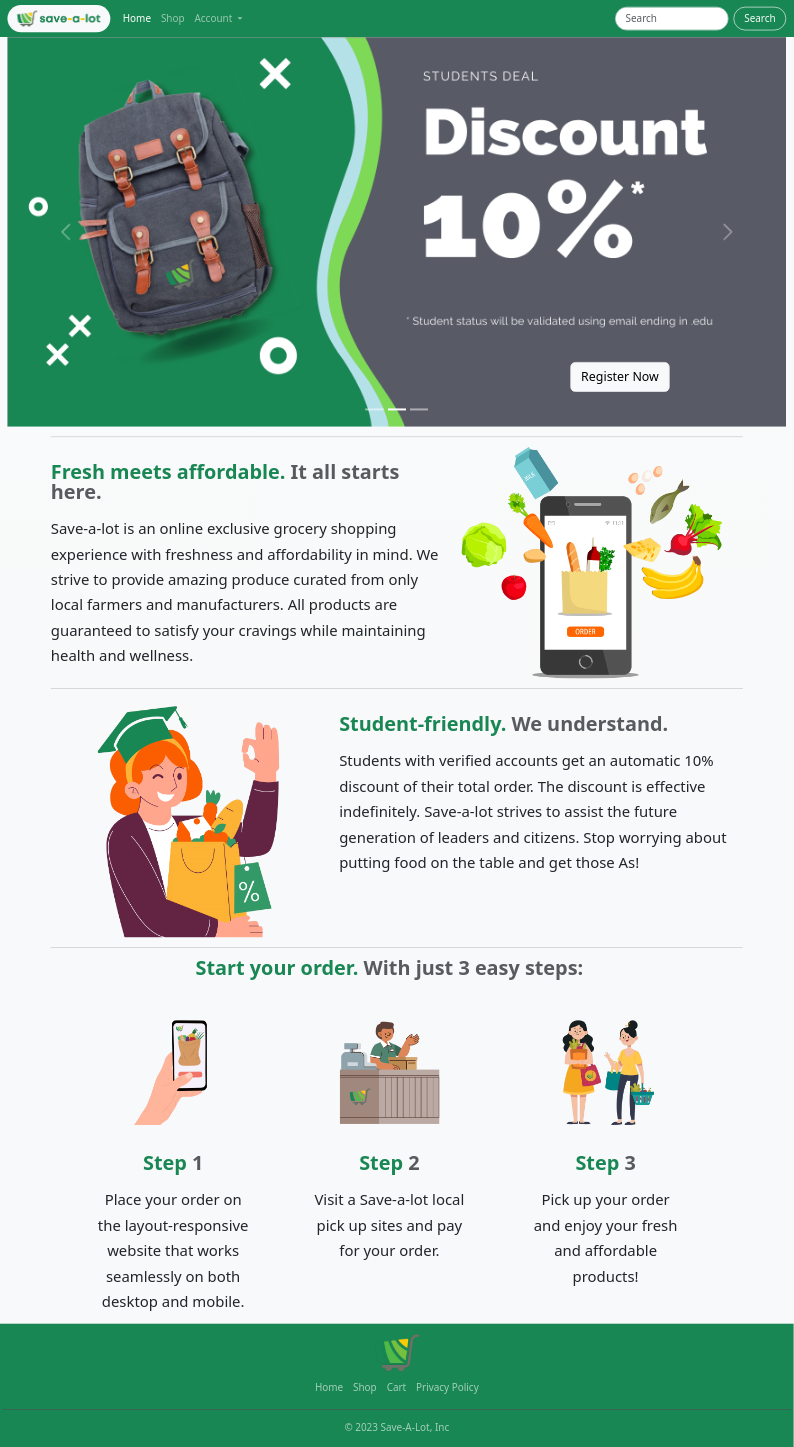
Repository: bill071194/savealot
Page: http://localhost/index
The author's editor kept a record of every edit. The page is drawn from the files as they stood at one moment, then again after the next edit.
The browser window is 1280 px wide. The pictures show the whole page, at 62% of full size.
The page is served by the project's Laravel application, run on PHP 8.4 with Laravel 10. Other server files are loaded and not shown. The database holds what the project's SQL file puts in it.

Above is the page before.

### savealot/routes/web.php
<?php

use Illuminate\Support\Facades\Route;
use App\Http\Controllers\Auth\LoginController;
use App\Http\Controllers\Auth\RegisterController;
use App\Http\Controllers\InventoryController;
use App\Http\Controllers\OrderController;
use App\Http\Controllers\AdminController;
use App\Http\Controllers\UserController;

/*
|--------------------------------------------------------------------------
| Web Routes
|--------------------------------------------------------------------------
|
| Here is where you can register web routes for your application. These
| routes are loaded by the RouteServiceProvider and all of them will
| be assigned to the "web" middleware group. Make something great!
|
*/

// Adding more default view in //
Route::view('/login', 'login');
Route::view('/register', 'register');
Route::view('/privacy', 'privacy');

Auth::routes();

Route::get('/home', [App\Http\Controllers\HomeController::class, 'index'])->name('home');

Route::controller(InventoryController::class)->group(function () {
    Route::get('/', 'homepage');
    Route::get('/index', 'homepage');
    Route::get('/inventory-create', 'create');
    Route::post('/inventory-create', 'store');
    Route::get('/inventory-{id}', 'edit');
    Route::post('/inventory-{id}', 'update');
    Route::post('/inventory/{id}/destroy', 'destroy');
    Route::post('/inventory/{id}/updateQty', 'updateQuantity');
    Route::get('/shop', 'shop');
    Route::get('/shop/{id}', 'show');
    Route::post('/shop/{id}/addToCart', 'addToCart');
    Route::post('/shop/{id}/removeFromCart', 'removeFromCart');
    Route::get('/search', 'search');
    Route::get('/cart', 'cart');
    Route::post('/emptyCart', 'emptyCart');
    Route::get('/uploadfile', 'uploadCSV');
    Route::post('/uploadfile', 'importCSV');
    Route::get('/uploadpicture', 'uploadPicture');
    Route::post('/uploadpicture', 'movePicture');
});

Route::controller(OrderController::class)->group(function () {
    Route::post('/cart/checkout', 'checkOut');
    Route::get('/orderhistory', 'orderHistory');
    Route::put('/order/{id}', 'update');
    Route::delete('/order/{id}', 'destroy');
});

Route::controller(AdminController::class)->group(function () {
    Route::get('/inventory', 'inventoriesDashboard');
    Route::get('/admin', 'adminRedirect');
    Route::get('/adminDashboard', 'adminDashboard');
    Route::get('/orders', 'ordersDashboard');
    Route::get('/ordersList', 'allOrders');
    Route::get('/users', 'usersDashboard');
    Route::get('/usersList', 'allUsers');
    Route::get('/transactions', 'transactionsDashboard');
});

Route::controller(UserController::class)->group(function () {
    Route::put('/user/{id}', 'update');
    Route::delete('/user/{id}', 'destroy');
});

### savealot/app/Http/Controllers/InventoryController.php
<?php

namespace App\Http\Controllers;

use App\Models\Inventory;
use Illuminate\Http\Request;

class InventoryController extends Controller
{
    public function shop()
    {
        $inventories = Inventory::all();
        foreach ($inventories as $item) {
            if (session("cart-$item->id") > 0) {
            } else {
                session(["cart-$item->id" => 0]);
            }
        }
        $inventory = inventory::where('prod_quantity', '>', 0)->where('prod_selling_price', '>', 0)->orderByDesc('prod_revenue', 'prod_sold')->paginate(12);
        return view('shop',['inventory' => $inventory]);
    }

    public function search(Request $request)
    {
        $inventories = Inventory::all();
        foreach ($inventories as $item) {
            if (session("cart-$item->id") > 0) {
            } else {
                session(["cart-$item->id" => 0]);
            }
        }
        $inventory = Inventory::where('prod_name', 'LIKE', '%' . request('search') . '%')->orWhere('prod_description', 'LIKE', '%' . request('search') . '%')->orderByDesc('prod_revenue', 'prod_sold')->paginate(12);
        return view('/shop')->with('inventory', $inventory);
    }

    public function addToCart(string $id, Request $request)
    {
        session()->increment("cart-$id");
        if ($request->redirect == "redirectToCart") {
            return redirect()->action([InventoryController::class, 'cart']);
        } else {
            return redirect(url()->previous()."#id-$id");
        }
    }

    public function removeFromCart(string $id, Request $request)
    {
        session()->decrement("cart-$id");
        if ($request->redirect == "redirectToCart") {
            return redirect()->action([InventoryController::class, 'cart']);
        } else {
            return redirect(url()->previous()."#id-$id");
        }
    }

    public function emptyCart()
    {
        $inventories = Inventory::all();
        foreach ($inventories as $item) {
            session(["cart-$item->id" => 0]);
        }
        return redirect()->action([InventoryController::class, 'shop']);
    }

    public function cart()
    {
        //
        $inventory = inventory::orderByDesc('prod_revenue', 'prod_sold')->get();
        foreach ($inventory as $item) {
            if (session("cart-$item->id") > $item->prod_quantity) {
                $difference = session("cart-$item->id") - $item->prod_quantity;
                session(["cart-$item->id" => $item->prod_quantity]);
                session()->flash('cart-update', 'true');
                session()->flash("cart-update-$item->id", 'true');
                session()->flash("cart-update-$item->id-message", "Sorry, our stock of $item->prod_name has reduced and we have removed $difference of them from your cart.");
            }
        }
        return view('cart',['inventory' => $inventory]);
    }

    public function homepage()
    {
        $inventories = Inventory::all();
        foreach ($inventories as $item) {
            if (session("cart-$item->id") > 0) {
            } else {
                session(["cart-$item->id" => 0]);
            }
        }
        $inventory = $inventories;
        return view('index',['inventory' => $inventory]);
    }

    /**
     * Show the form for creating a new resource.
     */
    public function create()
    {
        //
        return view('/inventory/create');
    }

    /**
     * Store a newly created resource in storage.
     */
    public function store(Request $request)
    {
        // validate the form data
        $this->validate($request, [
            'picture_upload' => 'required|image',
            'prod_name' => 'unique:inventories|required|max:255',
            'prod_quantity' => 'required',
        ]);

        if (!file_exists($filename) || !is_readable($filename))
        return false;

        $file = $request->file('picture_upload');

        // process the data and submit it
        $inventory = new Inventory(); // this is the model Inventory
        $inventory->id = $request->id;
        $inventory->prod_name = $request->prod_name;
        $inventory->prod_description = $request->prod_description;
        $inventory->prod_purchase_price = $request->prod_purchase_price;
        $inventory->prod_selling_price = $request->prod_selling_price;
        $inventory->prod_units = $request->prod_units;
        $inventory->prod_size = $request->prod_size;
        $inventory->prod_quantity = $request->prod_quantity;
        $inventory->prod_picture = "storage/pics/".$file->getClientOriginalName();
        $inventory->prod_color = $request->prod_color;
        $inventory->competitor_saveonfoods = $request->competitor_saveonfoods;
        $inventory->competitor_tnt = $request->competitor_tnt;
        $inventory->competitor_walmart = $request->competitor_walmart;

        $file->storeAs('public', 'pics/'.$file->getClientOriginalName());


        // if successful we want to redirect
        if ($inventory->save()) {
            return redirect('/inventory');
        } else {
            return back()->withInput();
        }
    }

    /**
     * Display the specified resource.
     */

    public function show(string $id)
    {
        // find the record
        $inventory = Inventory::findOrFail($id);
        // return this view
        return view('inventory.show')->with('item', $inventory);
    }

    /**
     * Show the form for editing the specified resource.
     */
    public function edit(string $id)
    {
        // find the record
        $inventory = Inventory::findOrFail($id);
        // return this view
        return view('inventory.edit')->with('item', $inventory);
    }

    /**
     * Update the specified resource in storage.
     */
    public function update(Request $request)
    {
        // validate the form data
        $this->validate($request, [
            'prod_name' => 'required|max:255',
            'prod_quantity' => 'required',
        ]);

        $id = $request->id;
        $inventory = Inventory::whereId($id);

        if ($inventory->update($request->except(['_token']))) {
            return redirect("inventory#items");
        } else {
            return back()->withInput();
        }
    }

    /*
    * Update the quantity only
    */
    public function updateQuantity(Request $request, String $id)
    {
        $updateQty = $request->updateQty;
        $inventory = Inventory::findOrFail($id);
        $inventory->prod_quantity += $updateQty;

        if ($inventory->update()) {
            return redirect(url()->previous()."#id-$id");
        } else {
            return back();
        }
    }

    /**
     * Remove the specified resource from storage.
     */
    public function destroy(Request $request)
    {
        $id = $request->id;
        $inventory = Inventory::whereId($id);
        if ($inventory->delete()) {
            return redirect(url()->previous()."#items");
        } else {
            return back();
        }
    }

    public function uploadPicture() {
        return view('inventory.uploadpicture');
    } // inventory.uploadpicture

    public function movePicture(Request $request) {
        $file = $request->file('image');
        $file->storeAs('public', 'pics/'.$file->getClientOriginalName());

        return redirect('/inventory');
    } // submit image file uploaded

    public function uploadCSV() {
        return view('inventory.uploadfile');
    } // inventory.uploadfile

    function csvToArray($filename = '', $delimiter = ',')
    {
        if (!file_exists($filename) || !is_readable($filename))
            return false;

        $header = null;
        $data = array();
        if (($handle = fopen($filename, 'r')) !== false)
        {
            while (($row = fgetcsv($handle, 1000, $delimiter)) !== false)
            {
                if (!$header)
                    $header = $row;
                else
                    $data[] = array_combine($header, $row);
            }
            fclose($handle);
        }

        return $data;
    }

    public function importCSV(Request $request) {
        $file = $request->file('inventory_csv');

        $inventoryArr = $this->csvToArray($file);

        for ($i = 0; $i < count($inventoryArr); $i ++)
        {
            Inventory::firstOrCreate($inventoryArr[$i]);
        }

        return redirect('/inventory');
    }
}

### savealot/app/Models/Inventory.php
<?php

namespace App\Models;

use Illuminate\Database\Eloquent\Factories\HasFactory;
use Illuminate\Database\Eloquent\Model;

class inventory extends Model
{
    use HasFactory;

    protected $fillable = [
        'prod_name',
        'prod_description',
        'prod_purchase_price',
        'prod_selling_price',
        'prod_units',
        'prod_size',
        'prod_quantity',
        'prod_picture',
        'prod_color',
        'competitor_saveonfoods',
        'competitor_tnt',
        'competitor_walmart',
    ];
}

### savealot/resources/views/index.blade.php
@extends('layouts.base1b')

@section('title', 'Save-a-lot Home')
@section('activeHome', 'active')

@section('main')
<div id="myCarousel" class="carousel slide" data-bs-ride="carousel">
    <div class="carousel-indicators">
      <button type="button" data-bs-target="#myCarousel" data-bs-slide-to="0" class="active" aria-label="Slide 1" aria-current="true"></button>
      <button type="button" data-bs-target="#myCarousel" data-bs-slide-to="1" aria-label="Slide 2" class=""></button>
      <button type="button" data-bs-target="#myCarousel" data-bs-slide-to="2" aria-label="Slide 3" class=""></button>
    </div>
    <div class="carousel-inner">
      <div class="carousel-item active">
        <img src="pics/carousel1.png" alt="carousel1" class="center">
        <div class="container">
          <div class="carousel-caption">
            <p><a class="btn btn-lg btn-success" href="/shop">Shop Now</a></p>
          </div>
        </div>
      </div>
      <div class="carousel-item">
        <img src="pics/carousel2.png" alt="carousel2" class="center">
        <div class="container">
          <div class="carousel-caption text-end">
            <p><a class="btn btn-lg btn-light" href="/register">Register Now</a></p>
          </div>
        </div>
      </div>
      <div class="carousel-item">
        <img src="pics/carousel3.png" alt="carousel3" class="center">
        <div class="container">
        </div>
      </div>
    </div>
    <button class="carousel-control-prev" type="button" data-bs-target="#myCarousel" data-bs-slide="prev">
      <span class="carousel-control-prev-icon" aria-hidden="true"></span>
      <span class="visually-hidden">Previous</span>
    </button>
    <button class="carousel-control-next" type="button" data-bs-target="#myCarousel" data-bs-slide="next">
      <span class="carousel-control-next-icon" aria-hidden="true"></span>
      <span class="visually-hidden">Next</span>
    </button>
</div>

<div class="container marketing">

    <!-- START THE FEATURETTES -->

    <hr class="featurette-divider">

    <div class="row featurette">
      <div class="col-md-7">
        <br>
        <h2 class="featurette-heading fw-bold lh-1 text-success">Fresh meets affordable. <span class="text-body-secondary">It all starts here.</span></h2>
        <p class="lead">Save-a-lot is an online exclusive grocery shopping experience with freshness and affordability in mind. We strive to
        provide amazing produce curated from only local farmers and manufacturers. All products are guaranteed to satisfy your cravings while maintaining
        health and wellness.</p>
      </div>
      <div class="col-md-5">
        <img class="featurette" src="pics/featurette1.png">
      </div>
    </div>

    <hr class="featurette-divider">

    <div class="row featurette">
      <div class="col-md-7 order-md-2">
        <br>
        <h2 class="featurette-heading fw-bold lh-1 text-success">Student-friendly. <span class="text-body-secondary">We understand.</span></h2>
        <p class="lead">Students with verified accounts get an automatic <strong>10% discount</strong> of their total order. The discount is effective indefinitely.
        Save-a-lot strives to assist the future generation of leaders and citizens. Stop worrying about putting food on the table and get those As!</p>
      </div>
      <div class="col-md-5 order-md-1">
        <img class="featurette" src="pics/featurette2.png">
      </div>
    </div>

    <hr class="featurette-divider">

    <!-- /END THE FEATURETTES -->

    <!-- START 3 COLUMNS OF STEPS -->
    <div class="row featurette justify-content-evenly">
      <h2 class="featurette-heading fw-bold lh-1 text-success text-center">Start your order. <span class="text-body-secondary">With just 3 easy steps:</span></h2>
      <div class="col-lg-3 text-center">
        <img class="steps" src="pics/step1.png" alt="step1">
        <h2 class="featurette-heading fw-bold lh-1 text-success text-center">Step <span class="text-body-secondary">1</span></h2>
        <p class="lead">Place your order on the layout-responsive website that works seamlessly on both desktop and mobile.</p>
      </div><!-- /.col-lg-4 -->
      <div class="col-lg-3 text-center">
        <img class="steps" src="pics/step2.png" alt="step1">
        <h2 class="featurette-heading fw-bold lh-1 text-success text-center">Step <span class="text-body-secondary">2</span></h2>
        <p class="lead">Visit a Save-a-lot local pick up sites and pay for your order.</p>
      </div><!-- /.col-lg-4 -->
      <div class="col-lg-3 text-center">
        <img class="steps" src="pics/step3.png" alt="step1">
        <h2 class="featurette-heading fw-bold lh-1 text-success text-center">Step <span class="text-body-secondary">3</span></h2>
        <p class="lead">Pick up your order and enjoy your fresh and affordable products!</p>
      </div><!-- /.col-lg-4 -->
    </div>
    <!-- END COLUMNS -->

  </div>

@endsection

### savealot/public/savealot.sql (the tables this page reads)
CREATE TABLE `inventories` (
  `id` bigint(20) UNSIGNED NOT NULL,
  `prod_name` varchar(255) NOT NULL,
  `prod_description` varchar(255) DEFAULT NULL,
  `prod_purchase_price` decimal(9,2) DEFAULT NULL,
  `prod_selling_price` decimal(9,2) DEFAULT NULL,
  `prod_units` varchar(255) DEFAULT NULL,
  `prod_size` int(11) DEFAULT NULL,
  `prod_quantity` int(11) DEFAULT NULL,
  `prod_picture` varchar(255) DEFAULT NULL,
  `prod_color` text DEFAULT '#198754',
  `prod_sold` int(11) NOT NULL DEFAULT 0,
  `prod_revenue` decimal(12,2) NOT NULL DEFAULT 0.00,
  `competitor_saveonfoods` decimal(8,2) DEFAULT NULL,
  `competitor_tnt` decimal(8,2) DEFAULT NULL,
  `competitor_walmart` decimal(8,2) DEFAULT NULL,
  `created_at` timestamp NULL DEFAULT NULL,
  `updated_at` timestamp NULL DEFAULT NULL
) ENGINE=InnoDB DEFAULT CHARSET=utf8mb4 COLLATE=utf8mb4_unicode_ci;

INSERT INTO `inventories` (`id`, `prod_name`, `prod_description`, `prod_purchase_price`, `prod_selling_price`, `prod_units`, `prod_size`, `prod_quantity`, `prod_picture`, `prod_color`, `prod_sold`, `prod_revenue`, `competitor_saveonfoods`, `competitor_tnt`, `competitor_walmart`, `created_at`, `updated_at`) VALUES
(2, 'Yakisoba Chow Mein', 'These noodles don\'t taste like either Yakisoba or Chow Mein, but they\'re still pretty good. Especially at this price!', 4.00, 6.00, '5x102g', 510, 21, 'pics/Yakisoba_Noodles.jpg', '#ffc200', 18, 108.00, 7.39, NULL, NULL, NULL, '2023-04-09 04:10:17'),
(3, 'Unsalted Cashews', 'These cashews are cheaper than they are at other stores.', 10.00, 13.00, NULL, 800, 10, 'pics/Unsalted_Cashews.webp', '#ef5c02', 1, 13.00, 19.99, 17.99, NULL, '2023-03-21 12:38:50', '2023-04-09 09:30:48'),
(4, 'Salted Cashews', 'These cashews are saltier than other cashews.', 10.00, 13.00, NULL, 800, 17, 'pics/Salted_Cashews.webp', '#4abbe7', 1, 13.00, 19.99, 17.99, NULL, NULL, '2023-04-09 04:10:27'),
(7, 'Que Pasa Yellow Tortilla Chips', 'These whole grain corn tortilla chips are yellow and only a little bit salty.', 3.00, 4.50, NULL, 350, 23, 'pics/Que_Pasa_Yellow.jpg', '#ffb95b', 13, 58.50, 5.69, NULL, 4.97, '2023-03-21 08:27:27', '2023-04-09 04:10:04'),
(8, 'Que Pasa Blue Tortilla Chips', 'These whole grain corn tortilla chips are blue and a little bit salty.', 3.00, 4.50, NULL, 350, 22, 'pics/Que_Pasa_Blue.jpg', '#698abd', 13, 58.50, 5.69, NULL, 4.97, '2023-03-21 08:32:18', '2023-04-09 04:10:02'),
(9, 'Que Pasa Red Tortilla Chips', 'These whole grain corn chips are red and a little bit salty.', 3.00, 4.50, NULL, 350, 22, 'pics/Que_Pasa_Red.jpg', '#f4685a', 13, 58.50, 5.69, NULL, 4.97, '2023-03-21 08:36:30', '2023-04-09 04:10:00'),
(21, 'Kellogg\'s Fun Pac Cereal', '8 small packages of cereal, including Rice Krispies, Corn Pops!, Froot Loops, and Frosted Flakes. Theeyyy\'re great!', 4.00, 6.00, '8x210g', 1680, 13, 'pics/Kellogg\'s Fun Pac Cereal.jpeg', '#00bcfa', 4, 24.00, 6.29, NULL, 4.97, '2023-03-29 03:45:03', '2023-04-09 06:31:44'),
(22, 'Pop Tarts Jumbo Pack', '24-pack of Pop Tarts with three flavours: Strawberry, Blueberry, Raspberry', 7.00, 8.50, '24x48g', 1150, 15, 'pics/Pop Tarts Jumbo Pack.jpeg', '#00afef', 5, 42.50, 11.49, NULL, NULL, '2023-03-29 03:50:16', '2023-04-09 04:10:08'),
(23, 'Lay\'s Chips Variety Pack', '18 packages of Lay\'s chips: 6 Original, 4 Bar-B-Q, 4 Ketchup, 4 Salt & Vinegar. Warning, most of these flavours are polarizing.', 8.00, 9.25, '18x28g', 504, 16, 'pics/Lays Mix Variety Pack.jpeg', '#e69f0d', 4, 37.00, 14.49, NULL, 9.27, '2023-03-29 03:57:12', '2023-04-09 04:10:09'),
(24, 'Hardbite Ghost Pepper Chips', 'These Hardbite Sweet Ghost Pepper Potato Chips are pretty spicy. Eat them at your own risk.', 3.50, 4.50, NULL, 128, 21, 'pics/Hardbite Ghost Pepper Chips.jpeg', '#a72c3b', 14, 63.00, 4.99, NULL, 4.47, '2023-03-29 04:02:41', '2023-04-09 04:10:20'),
(25, 'Miss Vickie\'s Favourites Chips', '10 packs of Miss Vickie\'s potato chips: 4 Original Recipe, 3 Sweet Chili & Sour Cream, 3 Sea Salt & Malt Vinegar', 5.00, 6.50, '10x24g', 240, 16, 'pics/Miss Vickie\'s Favourites.jpeg', '#efe2ba', 9, 58.50, 9.29, NULL, 6.97, '2023-03-29 04:26:14', '2023-04-09 04:09:58'),
(34, 'Monster Energy - Mango Loco', 'This 4 pack of Monster Energy - Mango Loco packs a punch! It combines the taste of a regular energy drink with a lot of real fruit juices and ends up being delicious.', 8.00, 9.50, '4x473ml', NULL, 16, 'pics/Monster_Punch_Mango.jpeg', '#269fcc', 14, 133.00, 13.49, NULL, 9.97, '2023-04-08 10:07:14', '2023-04-09 08:58:51'),
(36, 'Monster Energy - Zero Ultra', 'Despite having almost no calories, this 4-pack of Monster Energy Zero Ultra will boost your energy, all with a smooth taste', 8.00, 9.50, '4x473ml', NULL, 13, 'storage/pics/Monster_Zero_Ultra.jpeg', '#f0f0f0', 7, 66.50, 13.49, NULL, 9.97, '2023-04-09 03:04:18', '2023-04-09 04:10:18'),
(46, 'Monster Energy', 'The original Monster Energy flavour in a pack of 4.', 8.00, 9.50, '4x473ml', NULL, 14, 'storage/pics/Monster_Energy.jpeg', '#86ca00', 6, 57.00, 13.49, NULL, 9.97, '2023-04-09 03:44:02', '2023-04-09 04:10:06'),
(51, 'Coca-Cola - Coke Zero', 'These 12 cans of Coca-Cola Zero have no sugar!', 5.00, 6.50, '12x355ml', 4260, 20, 'storage/pics/Coca-Cola_Zero.jpeg', '#cc3333', 0, 0.00, 8.29, 0.00, 0.00, '2023-04-10 02:59:59', '2023-04-10 02:59:59'),
(52, 'Pepsi - Cola Cans', 'These 12 cans of Pepsi have lots of sugar!', 5.00, 6.50, '12x355ml', 4260, 20, 'storage/pics/Pepsi-Cola.jpeg', '#3366cc', 0, 0.00, 8.29, 0.00, 0.00, '2023-04-10 02:59:59', '2023-04-10 02:59:59');

ALTER TABLE `inventories`
  ADD PRIMARY KEY (`id`),
  ADD UNIQUE KEY `inventory_prod_name_unique` (`prod_name`);

ALTER TABLE `inventories`
  MODIFY `id` bigint(20) UNSIGNED NOT NULL AUTO_INCREMENT, AUTO_INCREMENT=53;

Loaded but not shown: savealot/app/Http/Controllers/Auth/ConfirmPasswordController.php (common file); savealot/app/Http/Controllers/Controller.php (common file); savealot/public/bootstrap.css (library); savealot/public/bootstrap.bundle.js (library); savealot/resources/views/layouts/base1b.blade.php (225 lines, source omitted)

After the next edit:
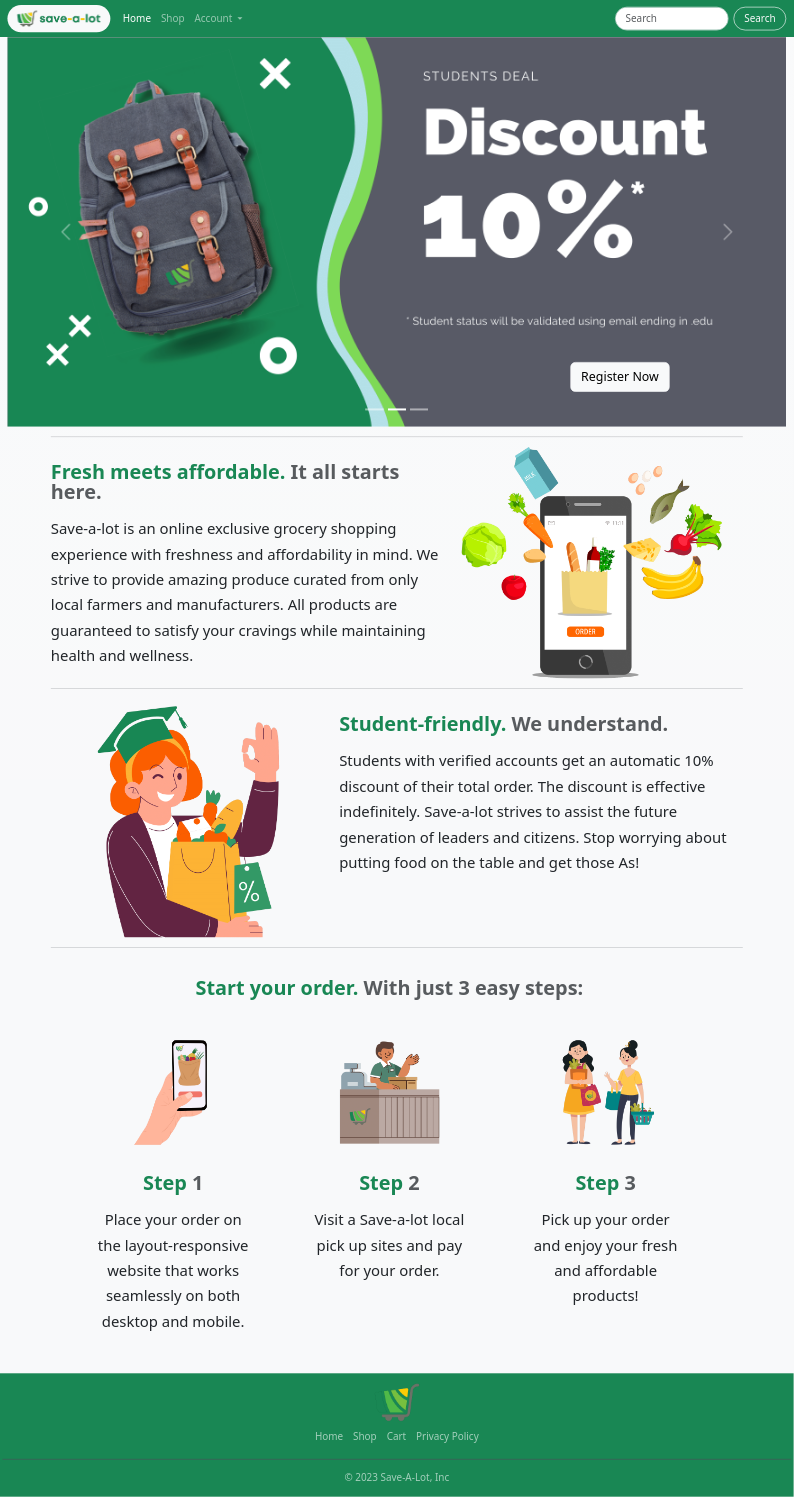
The edit:
--- a/savealot/resources/views/index.blade.php
+++ b/savealot/resources/views/index.blade.php
@@ -81,7 +81,7 @@
     <!-- /END THE FEATURETTES -->
 
     <!-- START 3 COLUMNS OF STEPS -->
-    <div class="row featurette justify-content-evenly">
+    <div class="row featurette justify-content-evenly my-5">
       <h2 class="featurette-heading fw-bold lh-1 text-success text-center">Start your order. <span class="text-body-secondary">With just 3 easy steps:</span></h2>
       <div class="col-lg-3 text-center">
         <img class="steps" src="pics/step1.png" alt="step1">
